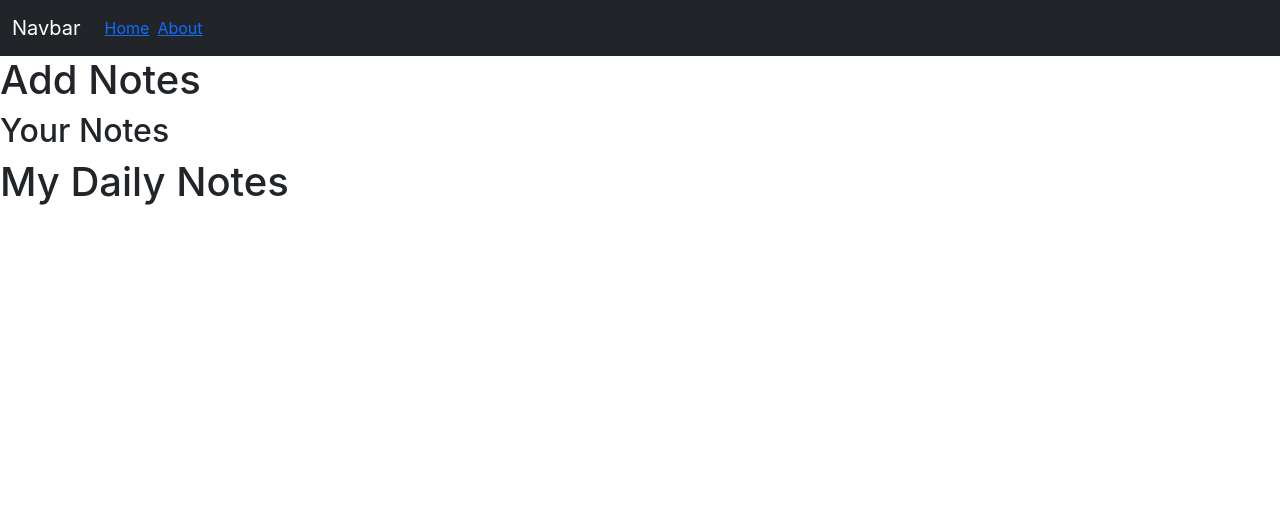
Repository: alphacode77/DailyNotes-react
Page: /home
These files come from the project's save history. The page is drawn as it stood at one moment and after the next save; the edit follows.
The browser window is 1280 px wide. The pictures show the whole page.
Some web libraries are served in a nearby version. The project was rebuilt for these pictures with package versions that can differ from the ones it lists, and the page was loaded fresh each time. Also part of the build but not shown: src/App.css, src/components/About.js.

Above is the page before, as saved 2023-02-27 23:05:38.

### public/index.html
<!DOCTYPE html>
<html lang="en">
  <head>
    <meta charset="utf-8" />
    <link rel="icon" href="%PUBLIC_URL%/favicon.ico" />
    <meta name="viewport" content="width=device-width, initial-scale=1" />
    <meta name="theme-color" content="#000000" />
    <meta
      name="description"
      content="Web site created using create-react-app"
    />
    <link rel="apple-touch-icon" href="%PUBLIC_URL%/logo192.png" />
    <!--
      manifest.json provides metadata used when your web app is installed on a
      user's mobile device or desktop. See https://developers.google.com/web/fundamentals/web-app-manifest/
    -->
    <link rel="manifest" href="%PUBLIC_URL%/manifest.json" />
    <!--
      Notice the use of %PUBLIC_URL% in the tags above.
      It will be replaced with the URL of the `public` folder during the build.
      Only files inside the `public` folder can be referenced from the HTML.

      Unlike "/favicon.ico" or "favicon.ico", "%PUBLIC_URL%/favicon.ico" will
      work correctly both with client-side routing and a non-root public URL.
      Learn how to configure a non-root public URL by running `npm run build`.
    -->
    <link href="https://cdn.jsdelivr.net/npm/bootstrap@5.3.0-alpha1/dist/css/bootstrap.min.css" rel="stylesheet" integrity="sha384-GLhlTQ8iRABdZLl6O3oVMWSktQOp6b7In1Zl3/Jr59b6EGGoI1aFkw7cmDA6j6gD" crossorigin="anonymous">
    <title>React App</title>
  </head>
  <body>
    <noscript>You need to enable JavaScript to run this app.</noscript>
    <div id="root"></div>
    <!--
      This HTML file is a template.
      If you open it directly in the browser, you will see an empty page.

      You can add webfonts, meta tags, or analytics to this file.
      The build step will place the bundled scripts into the <body> tag.

      To begin the development, run `npm start` or `yarn start`.
      To create a production bundle, use `npm run build` or `yarn build`.
    -->
    <script src="https://cdn.jsdelivr.net/npm/bootstrap@5.3.0-alpha1/dist/js/bootstrap.bundle.min.js" integrity="sha384-w76AqPfDkMBDXo30jS1Sgez6pr3x5MlQ1ZAGC+nuZB+EYdgRZgiwxhTBTkF7CXvN" crossorigin="anonymous"></script>
    <script src="https://kit.fontawesome.com/320aa9be75.js" crossorigin="anonymous"></script>
  </body>
</html>

### src/index.css
body {
  margin: 0;
  font-family: -apple-system, BlinkMacSystemFont, 'Segoe UI', 'Roboto', 'Oxygen',
    'Ubuntu', 'Cantarell', 'Fira Sans', 'Droid Sans', 'Helvetica Neue',
    sans-serif;
  -webkit-font-smoothing: antialiased;
  -moz-osx-font-smoothing: grayscale;
}

code {
  font-family: source-code-pro, Menlo, Monaco, Consolas, 'Courier New',
    monospace;
}


/* Custom Styles */
i{
  cursor: pointer;
}

### src/App.js
import './App.css';
import Navbar from './components/Navbar';
import Home from './components/Home';
import About from './components/About';
import NoteState from './Context/Notes/NoteState';
import {
  BrowserRouter as Router,
  Route,
  Routes
} from "react-router-dom";

function App() {
  return (
    <>
    <NoteState>

    <Router>
      <Navbar/>
    <Routes>
      <Route exact path="/home" element={<Home/>} />
      <Route exact path="/about" element={<About/>} />
      {/* <Route exactPath="/navbar" element={<Navbar/>} /> */}
    </Routes>
    <h1>My Daily Notes</h1>
  </Router>
  </NoteState>

    </>

  );
}

export default App;

### src/components/Navbar.js
import React, { useEffect }  from 'react'
import { Link,useLocation } from 'react-router-dom'

const Navbar = ()=>{
  let location = useLocation();
  useEffect(()=>{

  },[location])
    return (
     <>
     <nav className="navbar navbar-expand-lg bg-dark navbar-dark">
  <div className="container-fluid">
    <Link className="navbar-brand" to="/">Navbar</Link>
    <button className="navbar-toggler" type="button" data-bs-toggle="collapse" data-bs-target="#navbarSupportedContent" aria-controls="navbarSupportedContent" aria-expanded="false" aria-label="Toggle navigation">
      <span className="navbar-toggler-icon"></span>
    </button>
    <div className="collapse navbar-collapse" id="navbarSupportedContent">
      <ul className="navbar-nav me-auto mb-2 mb-lg-0">
        <li className="nav-item mx-2">
          <Link className={`"nav-link" ${location.pathname==="/home"?"active":""}`} aria-current="page" to="/home">Home</Link>
        </li>
        <li className="nav-item">
          <Link className={`"nav-link" ${location.pathname==="/about"?"active":""}`} to="/about">About</Link>
        </li>
      </ul>

    </div>
  </div>
</nav>
     </>
    )
}

export default Navbar

### src/components/Home.js
import React from "react"

const Home =()=>{
    return(
        <>
        <h1>Add Notes</h1>
        <h2>Your Notes</h2>
        </>
    )
}

export default Home

### src/Context/Notes/NoteState.js
import React,{useState} from "react";
import NoteContext from "./NoteContext"


const NoteState = (props)=>{

   const initalNotes= [
    {
      "_id": "63f3b6c7c6863985aada677be",
      "user": "63f20b9a00ad623ad3d4dae2",
      "title": "This is my second title",
      "description": "Description of the second note",
      "tag": "demo check",
      "date": "2023-02-20T18:07:03.296Z",
      "__v": 0
    },
    {
      "_id": "63f3b892a33086ff244bcc267",
      "user": "63f20b9a00ad623ad3d4dae2",
      "title": "This is my second title",
      "description": "Description of the second note",
      "tag": "demo check",
      "date": "2023-02-20T18:14:42.184Z",
      "__v": 0
    },
    {
      "_id": "63f3b89ca34086ff244bcc26b",
      "user": "63f20b9a00ad623ad3d4dae2",
      "title": "This is my second title12",
      "description": "Description of the second note12",
      "tag": "demo check",
      "date": "2023-02-20T18:14:52.449Z",
      "__v": 0
    },
    {
      "_id": "63f49f58882156f0ed94969e",
      "user": "63f20b9a00ad623ad3d4dae2",
      "title": "This is my third title",
      "description": "Description of the third note",
      "tag": "personal",
      "date": "2023-02-21T10:39:20.800Z",
      "__v": 0
    },
    {
      "_id": "63f49f588821565f0ed94969e",
      "user": "63f20b9a00ad623ad3d4dae2",
      "title": "This is my third title",
      "description": "Description of the third note",
      "tag": "personal",
      "date": "2023-02-21T10:39:20.800Z",
      "__v": 0
    },
    {
      "_id": "63f90022ae5c6479c6e95d43e",
      "user": "63f20b9a00ad623ad3d4dae2",
      "title": "This is my fourth title",
      "description": "Description of the fourth note",
      "tag": "personal",
      "date": "2023-02-24T18:21:30.036Z",
      "__v": 0
    },
    {
      "_id": "63f90b33480d3d651f2ba231",
      "user": "63f20b9a00ad623ad3d4dae2",
      "title": "This is my fifth title",
      "description": "Description of the fifth note",
      "tag": "personal",
      "date": "2023-02-24T19:08:35.605Z",
      "__v": 0
    }
  ]
const [notes,setNotes]=useState(initalNotes)

  //Add Notes
const addNote=(title,description,tag)=>{
  let note={
  "_id": "63f90022ae5c6479c6e95d43e",
  "user": "63f20b9a00ad623ad3d4dae2",
  "title": title,
  "description": description,
  "tag": tag,
  "date": "2023-02-24T18:21:30.036Z",
  "__v": 0
  }
setNotes(notes.concat (note))
}

//Delete Notes
const deleteNote=()=>{

}

//Update Notes
const updateNote= ()=>{

}
    return (
        <NoteContext.Provider value={{notes,setNotes,addNote,deleteNote,updateNote}}>
            {props.children}
        </NoteContext.Provider>

    )
}

export default NoteState;

### src/Context/Notes/NoteContext.js
import {createContext} from 'react'

const NoteContext = createContext();

export default NoteContext;

Loaded but not shown: src/index.js (common file)

After the next save:
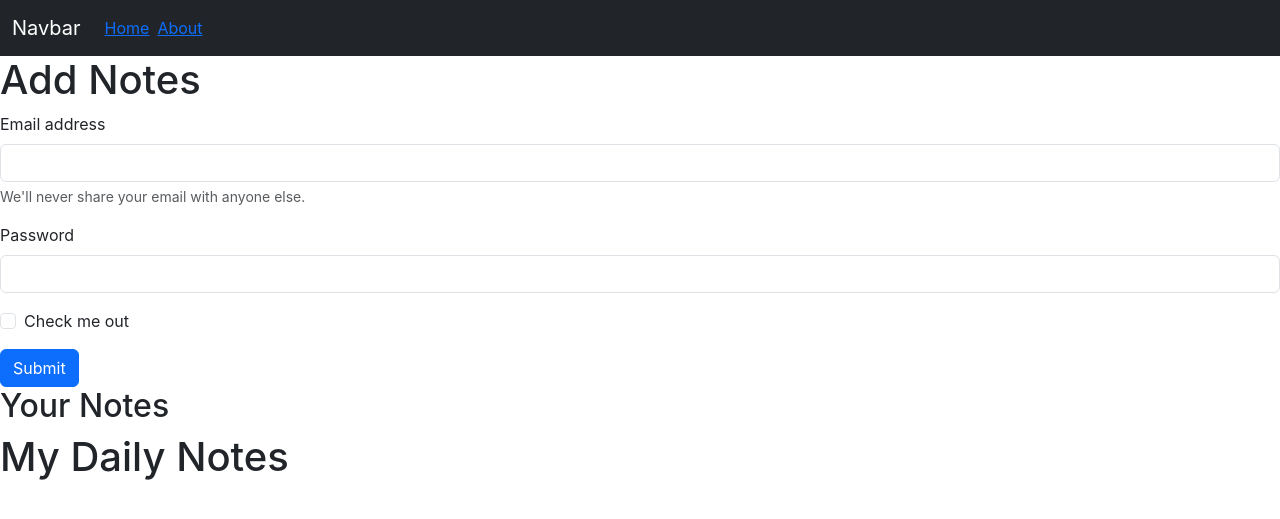
Saved 2 min 10 s later.
--- a/src/components/Home.js
+++ b/src/components/Home.js
@@ -4,6 +4,22 @@ const Home =()=>{
     return(
         <>
         <h1>Add Notes</h1>
+        <form>
+  <div class="mb-3">
+    <label for="exampleInputEmail1" class="form-label">Email address</label>
+    <input type="email" class="form-control" id="exampleInputEmail1" aria-describedby="emailHelp"/>
+    <div id="emailHelp" class="form-text">We'll never share your email with anyone else.</div>
+  </div>
+  <div class="mb-3">
+    <label for="exampleInputPassword1" class="form-label">Password</label>
+    <input type="password" class="form-control" id="exampleInputPassword1"/>
+  </div>
+  <div class="mb-3 form-check">
+    <input type="checkbox" class="form-check-input" id="exampleCheck1"/>
+    <label class="form-check-label" for="exampleCheck1">Check me out</label>
+  </div>
+  <button type="submit" class="btn btn-primary">Submit</button>
+</form>
         <h2>Your Notes</h2>
         </>
     )
